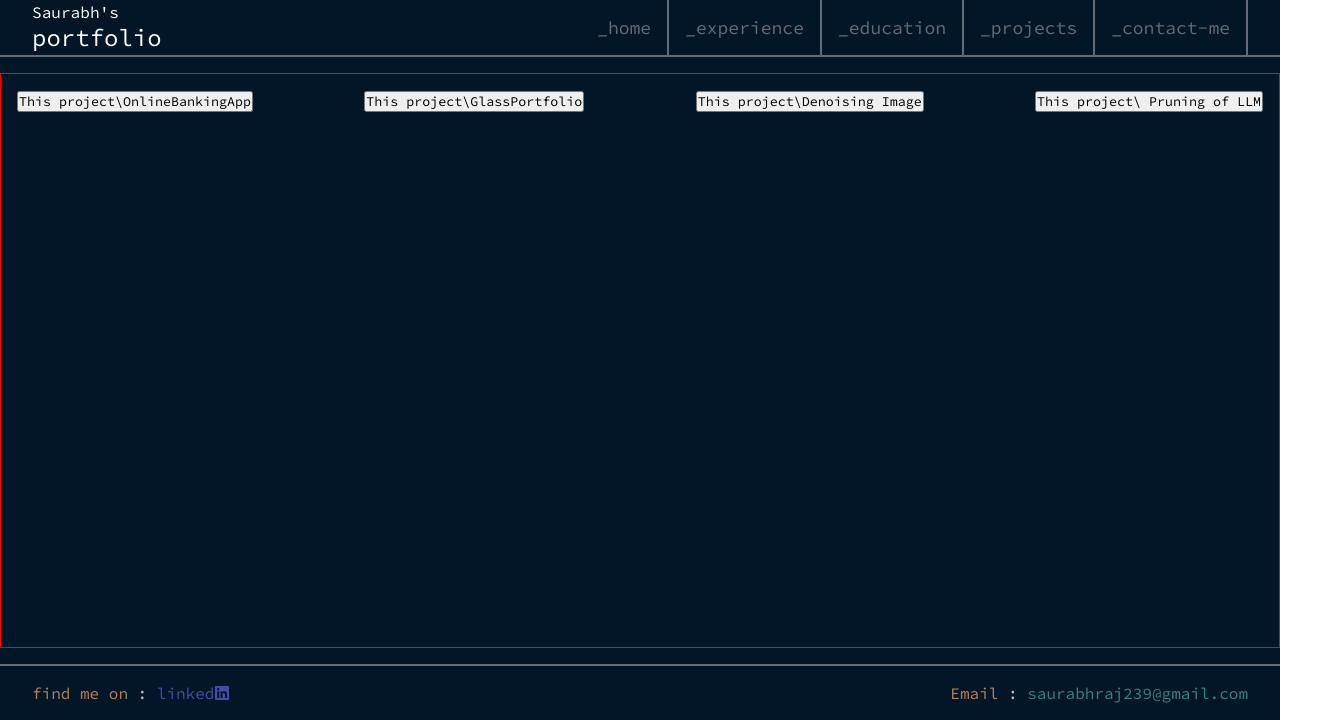
Repository: saurabhraj23/FrontendReactPortfolio
Page: /projects
An editor plug-in stored every save of this project. The page is shown before and after the next save, followed by the edit.
The browser window is 1280 px wide. The page is 1280 px wide, then 1317 px, so the pictures cover 1317 px, including what lies to the right of the window. The pictures show the whole page.
The project was rebuilt for these pictures with package versions that can differ from the ones it lists, and the page was loaded fresh each time. Also part of the build but not shown: vite.config.js, src/components/Education.jsx, src/components/Experience.jsx, src/components/Contacts.jsx, src/styles/default-page.css, src/components/DefaultPage.jsx.

Above is the page before, as saved 2024-07-23 01:01:09.

### src/App.jsx
import React from "react";
import { BrowserRouter as Router, Route, Routes } from "react-router-dom";
import "./styles/App.css";
import Home from "./components/Home";
import Education from "./components/Education";
import Experience from "./components/Experience";
import Contacts from "./components/Contacts";
import Projects from "./components/Projects";
import Heading from "./components/Heading";
import Footer from "./components/Footer";
import DefaultPage from "./components/DefaultPage";

function App() {
  return (
    <div className="main">
      <Router>
        <Heading />
        <Routes>
          <Route path="/" element={<Home />}>
            <Route path="/" element={<DefaultPage />} />
            <Route path="/education" element={<Education />} />
            <Route path="/experience" element={<Experience />} />
            <Route path="/contacts" element={<Contacts />} />
            <Route path="/projects" element={<Projects />} />
          </Route>
        </Routes>
        <Footer />
      </Router>
    </div>
  );
}

export default App;

### src/styles/App.css
@import "./color.css";
@import "./experience.css";
@import "./education.css";
@import "./project.css";
@import "./header.css";
@import "./contact-me.css";
@import "./footer.css";
@import "./default-page.css";


*{
  margin:0;
  padding: 0;
  box-sizing: border-box;
  font-family: "Source Code Pro";
  font-weight: 400;
}

.main{
  background-color: var(--bg-color);
  color: var(--primary-white);
  height: 100vh;
  width: 100%;
  display: grid;
  grid-template-rows: 1fr 8fr 1fr;
  grid-template-columns: 4fr 3fr;
padding: 0;
}

### src/components/Home.jsx
import React from "react";
import { Outlet } from "react-router-dom";

function Home() {
  return (
    <>
      <Outlet />
    </>
  );
}

export default Home;

### src/components/Projects.jsx
import React from "react";
import "../styles/App.css";
import { Link } from "react-router-dom";

function Projects() {
  return (
    <>
      <div className="projects-left-side"></div>
      <div className="projects-right-side">
        <Link to={"https://github.com/saurabhraj23/OnlineBankingAppKPMG"}>
          <button className="project-item">
            <span> This project\</span>
            <span>OnlineBankingApp</span>
          </button>
        </Link>
        <Link to={"https://github.com/saurabhraj23/Glass-Portfolio"}>
          <button className="project-item">
            <span> This project\</span>
            <span>GlassPortfolio</span>
          </button>
        </Link>
        <Link to={"https://github.com/saurabhraj23/Denoising-Image"}>
          <button className="project-item">
            <span> This project\</span>
            <span>Denoising Image</span>
          </button>
        </Link>
        <Link to={"https://github.com/saurabhraj23/Pruning"}>
          <button className="project-item">
            <span> This project\</span>
            <span> Pruning of LLM</span>
          </button>
        </Link>
      </div>
    </>
  );
}

export default Projects;

### src/components/Heading.jsx
import React from "react";
import Navbar from "./Navbar";
function Heading() {
  return (
    <header className={"heading"}>
      <h2>
        <h6>Saurabh's</h6>
        portfolio
      </h2>
      <Navbar />
    </header>
  );
}

export default Heading;

### src/components/Footer.jsx
import React from "react";
import { Link } from "react-router-dom";
import { FaLinkedin } from "react-icons/fa";

function Footer() {
  return (
    <footer className="footer">
      <div>
        <span>find me on</span> <span>&nbsp;:</span>
        <Link to={"https://www.linkedin.com/in/saurabhraj239/"}>
          <span>
            &nbsp;linked
            <FaLinkedin />
          </span>
        </Link>
      </div>
      <div>
        <span>Email</span> <span> :</span>
        <span> saurabhraj239@gmail.com</span>
      </div>
    </footer>
  );
}

export default Footer;

### src/styles/color.css
@import url('https://fonts.googleapis.com/css2?family=Source+Code+Pro:ital,wght@0,200..900;1,200..900&display=swap');

:root {
--bg-color:#031627;
--primary-white:#fff;
--primary-dark:#d3d0d076;
--secondary-blue:#424ea6;
--tertiary-green:#37857e;
--tertiary-green-dark:#77E4C8;
--tertiary-brown-light:#D4BDAC;
--tertiary-orange:#b0855a;

}

### src/styles/experience.css
@import "./color.css";

.experience-left-side{
  display: none;
}
.experience-right-side{
  margin: 2rem;
  grid-column: 1/3;

}
.experience-right-side > div:first-child{
  display: flex;
  justify-content: space-between;
}
.experience-right-side>div:first-child>span:nth-child(2) span{
display: inline-block;
}
.experience-right-side>div:first-child>span:nth-child(2)>span:nth-child(2){
  animation: present 2s infinite alternate ease-in-out;

}

@keyframes present {
  from{

    opacity: 0;
  }
  to{

    opacity: 1;
  }
}

.experience-right-side>div:first-child>span:first-child{
  font-size: 1.4rem;
  color: var(--secondary-blue);
  font-weight: 600;
  margin-bottom: 3rem;
  text-decoration: underline;
}

.experience-right-side span{
  display: block;
}

.internship-details{
  display: flex;
  flex-direction: column;
}
.internship-details>span:first-child{
  font-size: 1.2rem;
  color: var(--tertiary-green);
  font-weight: 600;
  letter-spacing: 0.2rem;
  margin-bottom:1rem ;


}
.internship-details>span:nth-child(2){
  /* letter-spacing: 0.1rem; */
  color: var(--tertiary-brown-light);

}

.internship-details>span:nth-child(2)>span:first-child{
  font-size: 1.1rem;
  font-weight: 500;
  color: var(--tertiary-orange);

}


.internship-details>span:first-child span{
  display: inline-block;

}

.internship-details>span:nth-child(2)>span:first-child{
  letter-spacing: 0.2rem;
}

.internship-details>span:first-child>span:first-child{
  animation: arrowMove 1.6s infinite alternate ease-in-out;
  }

.fte-details{
  display: flex;
  flex-direction: column;
  margin-top: 2rem;

}
.fte-details>span:first-child{
  font-size: 1.2rem;
  color: var(--tertiary-green);
  font-weight: 600;
  letter-spacing: 0.2rem;
  margin-bottom: 1rem;

}

.fte-details>span:nth-child(2){
  color: var(--tertiary-brown-light);
}

.fte-details>span:nth-child(2)>span:nth-child(1)>span:first-child{
  color: var(--tertiary-orange);
  font-size: 1.1rem;
  font-weight: 500;
  }

.fte-details>span:nth-child(2)>span:nth-child(2)>span:first-child{
  letter-spacing: 0.2rem;
}
.fte-details>span:nth-child(2)>span:nth-child(1)>span:first-child{
  letter-spacing: 0.2rem;
}

.fte-details>span:nth-child(2)>span:nth-child(2){
  margin-top: 1rem;
}
.fte-details>span:nth-child(2)>span:nth-child(2)>span:first-child{
font-size: 1.1rem;
font-weight: 500;
color: var(--tertiary-orange);
}

.fte-details>span:first-child span{
  display: inline-block;
}

.fte-details>span:first-child>span:first-child{
animation: arrowMove 1.6s infinite alternate ease-in-out;
}

@keyframes arrowMove {
  from{
    transform: translateX(-0.6rem);
  }
  to{
    transform: translateX(0);
  }
}

.current-working  span{
  display: inline-block;
  animation: colorChange 2s infinite alternate ease-in-out ;

}

@keyframes colorChange {
  from{
color: var(--tertiary-brown-light);
  }

  to{
    color: var(--primary-white);

  }
}
.current-working{
  display: flex;
  flex-direction: row;
}

### src/styles/education.css
 @import "./color.css";

.education-left-side{
  display: none;
}
.education-right-side{
  margin: 2rem ;
  grid-column: 1/3;

}

.education-right-side{
  display: flex;
  flex-direction: column;
}

.degrees{
  display: flex;
  justify-content: space-between;
  margin-bottom: 2rem;
}

.degrees>span:first-child>h2{
  color: var(--tertiary-orange);
}
.degrees>span:first-child>h4{
  color: var(--tertiary-green);
}
.degrees>span:first-child>h5{
  color: var(--tertiary-brown-light);
  font-weight: 600;
}

.degrees>span:first-child>h3{
  display: flex;
  flex-direction: row;
}

.degrees>span:first-child>h3>span:nth-child(2){
  color: var(--tertiary-green-dark);
  animation: passed 2s infinite alternate ease-in-out;
}

@keyframes passed {
  from{
opacity: 0;
  }
  to{
opacity: 1;
  }
}
.degrees span:first-child {
  display: flex;
  flex-direction: column;
  gap: 0.6rem;
}
.degree-year{
  color: var(--tertiary-orange);
}

### src/styles/project.css
.projects-left-side{
  border: 1px solid red;
  display: none;
}
.projects-right-side{
  border: 1px solid red;
  grid-column: 1/3;
  display: flex;
  justify-content: space-between;
  padding: 1rem;
}
.project-item>span:nth-of-type(2){
  display:
}

### src/styles/header.css
.heading{
  grid-column: 1/3;
  display: flex;
  justify-content: space-between;
  align-items: center;
  border-bottom: 0.16rem solid var(--primary-dark);
  padding:0 2rem;
  margin-bottom: 1rem;
  }

  nav button{
    padding: 1rem;
    background-color: transparent;
    cursor: pointer;
    font-size: large;
    color: var(--primary-dark);
    border: none;
    border-right: 0.16rem solid var(--primary-dark);
  }

  nav button:hover{
    color: var(--primary-white);
    box-shadow: inset 0 -0.16rem 0 0 var(--tertiary-green);

  }

  .active{
    /* box-shadow: inset 0 -0.16rem 0 0 var(--tertiary-green); */
    color: var(--tertiary-green);
  }

### src/styles/contact-me.css
@import "../styles/color.css";

.contact-me-left-side{
  display: none;
}

.contact-me-right-side{
  grid-column: 1/3;
  display: grid;
  grid-template-columns: 2fr 1.1fr;
padding:  0 2rem;
}

.contact-me-left{
  /* border: 1px solid green; */
  padding: 1rem 2rem;
display: flex;
flex-direction: column;
gap: 0.7rem;

}

.contact-me-right{
  background-color: var(--primary-white);
  border-radius: 3%;
  padding: 1rem 2rem;
  color: var(--tertiary-green);
}

.image{
display: flex;
flex-direction: column;
align-items: center;
justify-content: center;
position: relative;
}

.image>img{
  width: 40%;
  object-fit: contain;
  border-radius: 50%;
  position: relative;
  z-index: 10;
}

.contact-me-left>span:first-child {
  font-size: 2.2rem;
  letter-spacing: 0.4rem;
  font-weight: 500;
}
.contact-me-left>span:first-child span{
  font-size: 2rem;
  letter-spacing: 0.4rem;
  color: var(--tertiary-green-dark);
  font-weight: 500;

}

.contact-me-left span{
  font-size: 1rem;
}
.contact-me-left a{
  text-decoration: none;
}
.contact-me-left a:visited{
color: var(--primary-white);
}

.circle{
  /* border: 1px solid red; */
  width: 44%;
  padding-top: 44%;
  border-radius: 50%;
  position: absolute;
  background-color: var(--tertiary-green);
  /* transform: translateX(-4rem); */
  z-index: 8;
  animation: round 4s infinite alternate ease-in-out;
}

@keyframes round {
  from{
background-color: val(--bg-color);
transform: scale(0);
  }
  50%{
    background-color: val(--secondary-blue);
    transform: scale(0.9);
  }
  to{
    background-color: val(--tertiary-green);
    transform: scale(1);
  }
}

.contact-details>span:first-child{
color: var(--tertiary-green-dark);
}

form{
display: flex;
flex-direction: column;
font-size: larger;
letter-spacing: 0.1rem;


}
.contact-me-form-heading{
text-align: center;
font-size: 2rem;
  width: 100%;

padding: 0.6rem;
border-radius: 0.4rem;
letter-spacing: 0.2rem;
box-shadow: 0 0.12rem 0 0.2rem var(--tertiary-green);

}


.contact-me-form-heading>span{

}

.fields{
  display: flex;
  flex-direction: column;
  margin-top: 1.8rem;

}

.fields>input{
  height: 2rem;
  border: none;
  outline: none;
  border-bottom: 0.16rem solid var(--primary-dark);
  font-size: 1rem;
  box-sizing:border-box;
  padding: 0.6rem;
  letter-spacing: 0.1rem;


}

.fields>input:focus{
border-bottom: 0.2rem solid var(--tertiary-green);

}

form div:nth-of-type(5)>textarea{
/* height: 8rem; */
outline: 0.12rem solid var(--primary-dark);
border-radius: 0.4rem;
padding-left: 1rem;
margin-top: 1rem;
padding: 0;
border: none;
border-bottom: 0.16rem solid var(--primary-dark);
font-size: 1rem;
resize: none;
box-sizing: border-box;
padding:0.6rem ;
}

.fields>textarea:focus{
  /* border-bottom: 0.2rem solid var(--tertiary-green); */
  box-shadow: 0 0.2rem 0 0 var(--tertiary-green)

  }

form> button{
font-size: large;
padding: 0.6rem 0.6rem;
border-radius: 2rem;
border: none;
cursor: pointer;
color: var(--primary-white);
background-color: var(--tertiary-green);
margin-top: 1rem;
}

.radio{
  display: flex;
  flex-direction: row;
  justify-content: space-evenly;
padding-top: 2rem;
}

.radio>span>label{
margin-left: 1rem;
/* font-size: larger; */
}

.radio>span>input{
  scale: 1.2;
  }

### src/styles/footer.css
.footer{
  grid-column: 1/3;
  display: flex;
  flex-direction: row;
  justify-content: space-between;
  align-items: center;
  padding: 0 2rem;
  border-top: 0.16rem solid var(--primary-dark);
margin-top: 1rem;
}

.footer > div:first-child{
  display: flex;
  align-items: center;
  justify-content: center;
}

.footer > div:first-child > span:first-child{
  color: var(--tertiary-orange);
}
.footer > div:first-child > a>span{
  color: var(--secondary-blue);
  display: flex;
  align-items: center;
  justify-content: center;
}

.footer > div:nth-of-type(2) > span:nth-of-type(1){
  color: var(--tertiary-orange);
}
.footer > div:nth-of-type(2) > span:nth-of-type(3){
  color: var(--tertiary-green);
}

.footer>div:first-child >a{
text-decoration: none;
color: var(--secondary-blue);
}

.footer>div:first-child span:nth-child(2){
  animation: blink 2s infinite alternate linear;
}
.footer>div:last-child span:nth-child(2){
  animation: blink 2s infinite alternate linear;
  color: white;
}

@keyframes blink {
  from{
    opacity: 0;
  }
  to{
    opacity: 1;
  }
}

### src/components/Navbar.jsx
import React, { useRef, useState } from "react";
import { Link } from "react-router-dom";

function Navbar() {
  const navBar = [
    { path: "/", label: "_home" },
    { path: "/experience", label: "_experience" },
    { path: "/education", label: "_education" },
    { path: "/projects", label: "_projects" },
    { path: "/contacts", label: "_contact-me" },
  ];

  const [activeIndex, setActiveIndex] = useState(false);

  return (
    <nav>
      {navBar.map((element, idx) => (
        <Link key={idx} to={element.path}>
          <button
            className={activeIndex === idx ? "active" : ""}
            onClick={() => {
              setActiveIndex(idx);
            }}
          >
            {element.label}
          </button>
        </Link>
      ))}
    </nav>
  );
}

export default Navbar;

Loaded but not shown: index.html (common file); src/main.jsx (common file); src/index.css (no stored copy; drawn as an empty file)

After the next save:
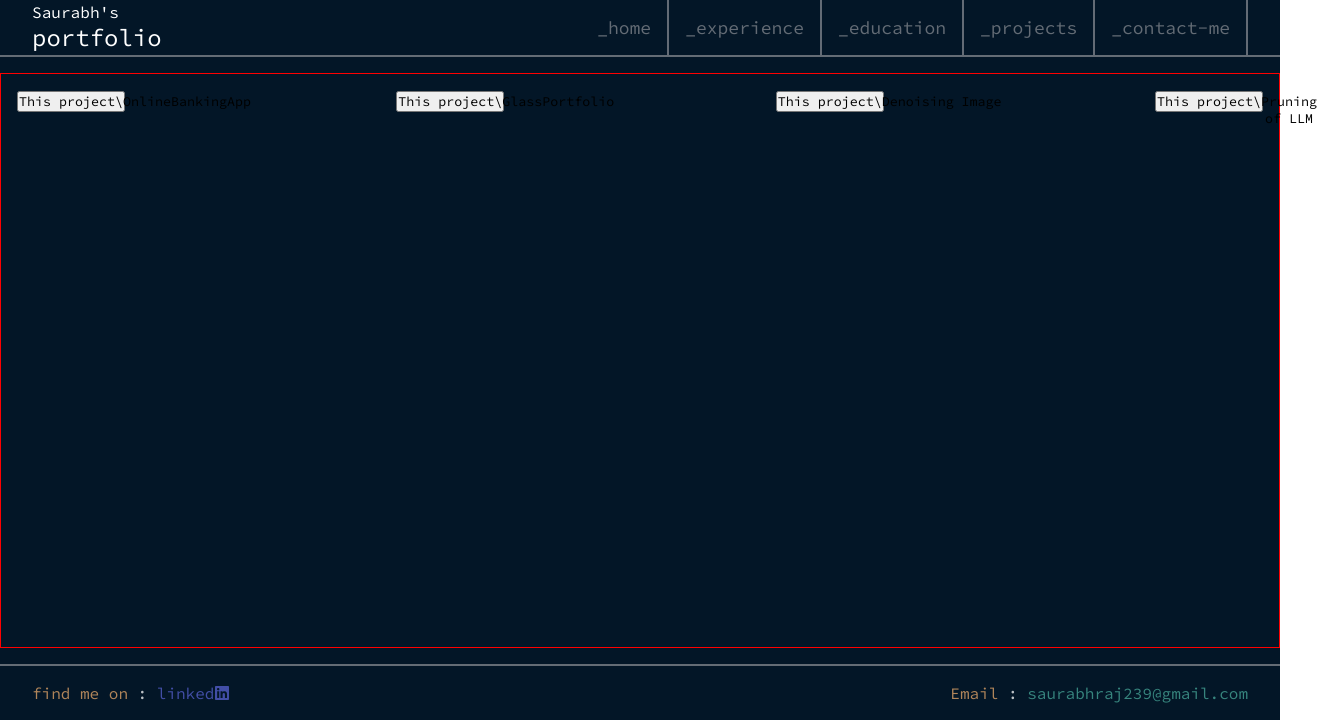
Saved 117 s later.
--- a/src/styles/project.css
+++ b/src/styles/project.css
@@ -10,5 +10,4 @@
   padding: 1rem;
 }
 .project-item>span:nth-of-type(2){
-  display:
-}
+position: absolute;}
